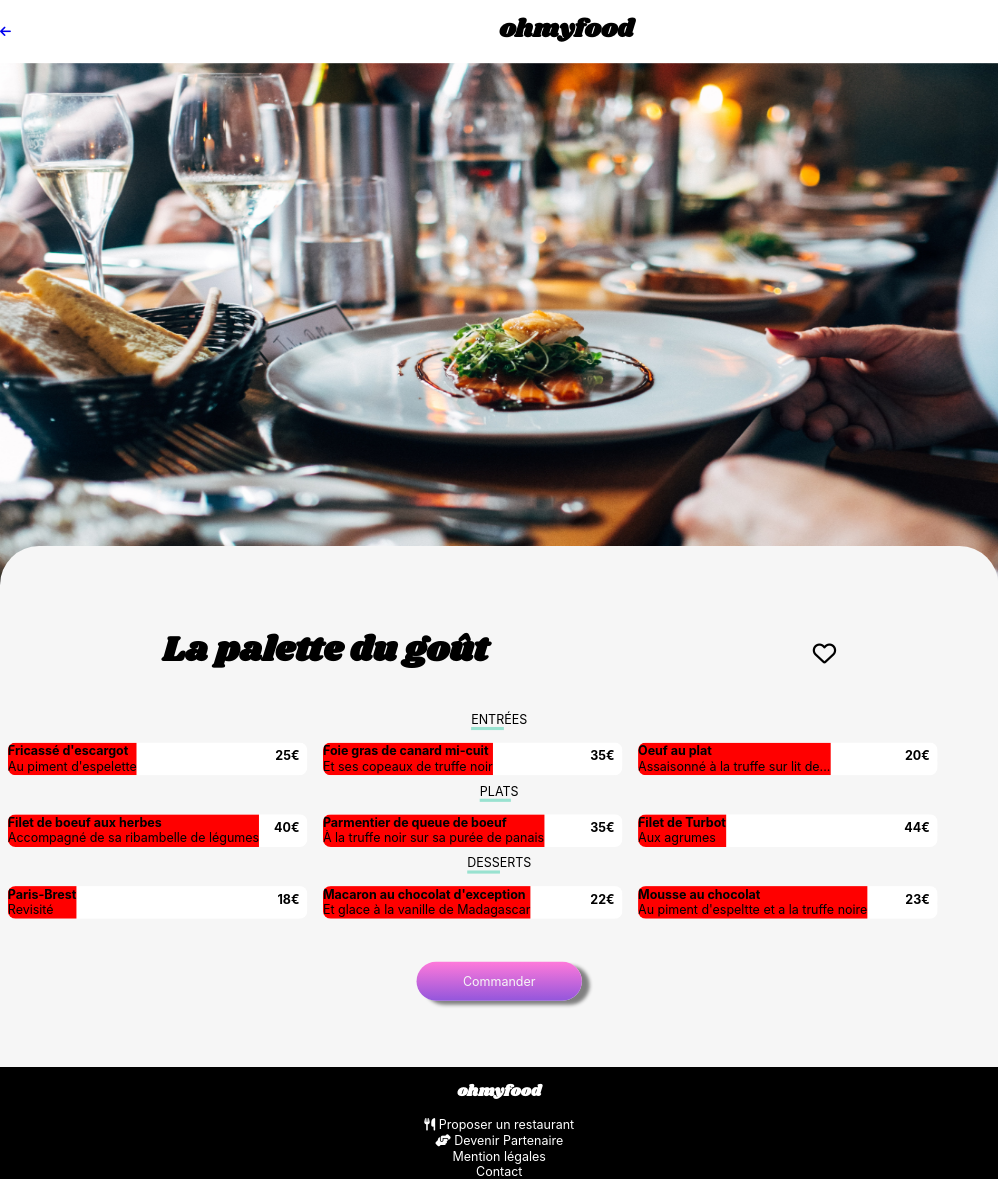
Repository: yacinebouk/ohmyfood
Page: palette.html
These files come from the project's save history. The page is drawn as it stood at one moment and after the next save; the edit follows.
The browser window is 1280 px wide. The pictures show the whole page, at 78% of full size.
Some web libraries are served in a nearby version. The style sheet was rebuilt from its Sass, Less or Tailwind sources for each picture, by a compiler version that may differ from the author's.

Above is the page before, as saved 2022-06-28 14:36:00.

After the next save:
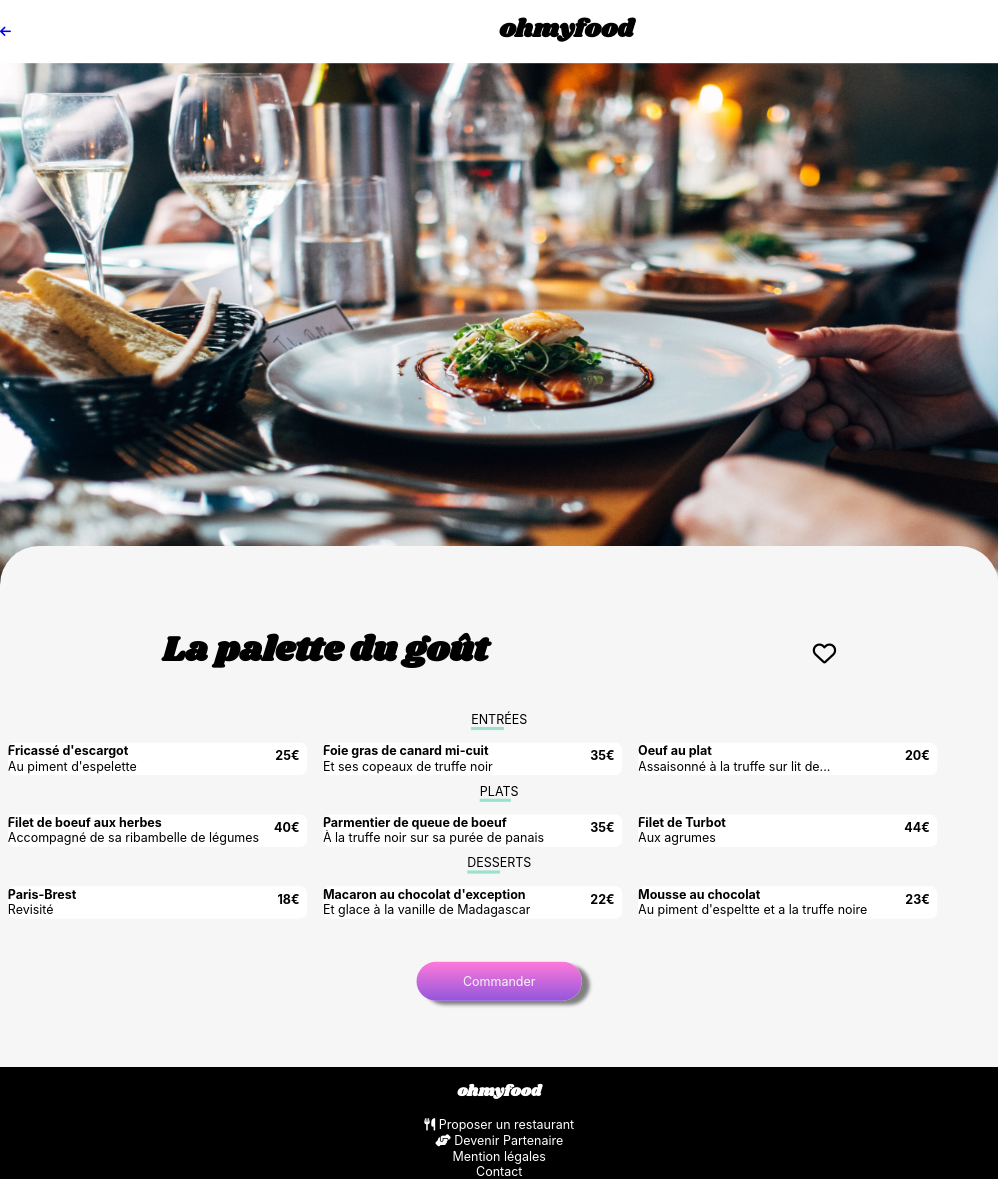
Saved 69 s later.
--- a/style/francaise.scss
+++ b/style/francaise.scss
@@ -215,7 +215,8 @@
          }
 
          .text {
-             background-color: red;
+             overflow: hidden;
+             text-overflow: ellipsis;
          }
 
          .block-price {
